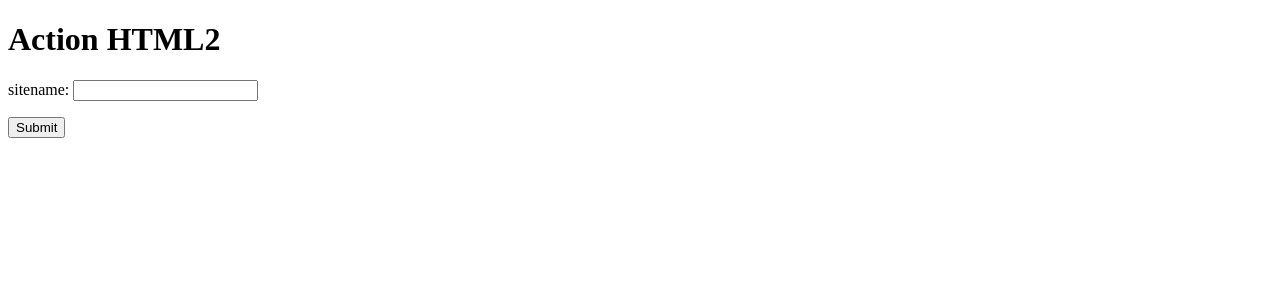
Repository: Ryustam/JSP
Page: jsp_actiontag/src/main/webapp/IncludeTag2.html
An editor plug-in stored every save of this project. The page is shown before and after the next save, followed by the edit.
The browser window is 1280 px wide. The pictures show the whole page.

Above is the page before, as saved 2021-11-03 07:20:13.

### jsp_actiontag/src/main/webapp/IncludeTag2.html
<!DOCTYPE html>
<html>
<head>
<meta charset="EUC-KR">
<title>Insert title here</title>
</head>
<body>
<h1>Action HTML2</h1>

<form method="post" action="IncludeTagEx02.jsp">

sitename: <input type="text" name="siteName"> <p>
<input type="submit" values="보내기">

</form>

</body>
</html>

After the next save:
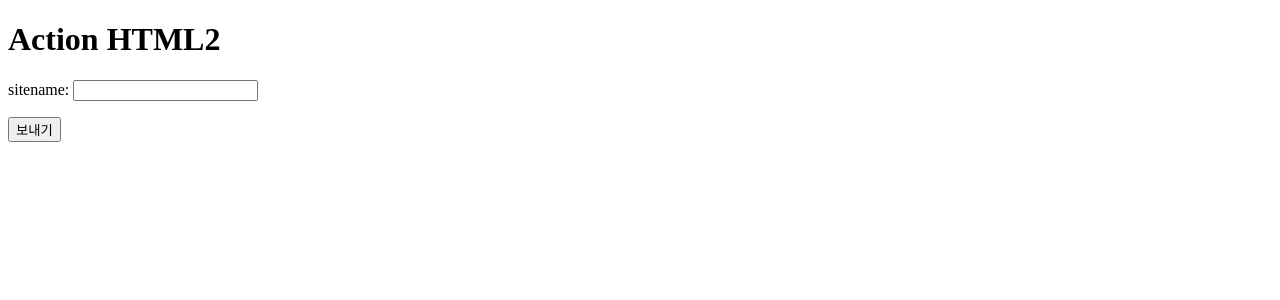
Saved 6 s later.
--- a/jsp_actiontag/src/main/webapp/IncludeTag2.html
+++ b/jsp_actiontag/src/main/webapp/IncludeTag2.html
@@ -10,7 +10,7 @@
 <form method="post" action="IncludeTagEx02.jsp">
 
 sitename: <input type="text" name="siteName"> <p>
-<input type="submit" values="보내기">
+<input type="submit" value="보내기">
 
 </form>
 
